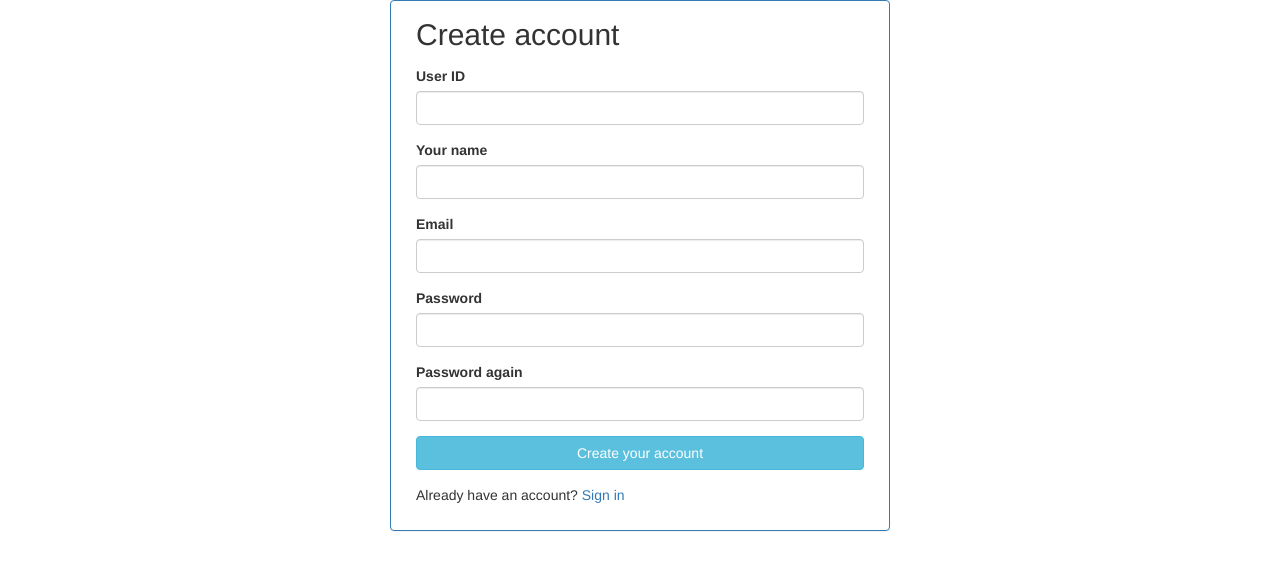
Repository: vishnujayabalan/MobileShopping
Page: http://localhost/frontend/WEB-INF/view/Register.jsp
An editor plug-in stored every save of this project. The page is shown before and after the next save, followed by the edit.
The browser window is 1280 px wide. The pictures show the whole page.
Some web libraries are served in a nearby version. The page is served by Tomcat 9. Nobody is signed in. Other server files are loaded and not shown. The template is opened directly, without the code that normally fills it, so the values that code supplies are empty.

Above is the page before, as saved 2017-03-29 15:41:26.

### frontend/src/main/webapp/WEB-INF/view/Register.jsp
<%@ page language="java" contentType="text/html; charset=ISO-8859-1"
    pageEncoding="ISO-8859-1"%>
<!DOCTYPE html PUBLIC "-//W3C//DTD HTML 4.01 Transitional//EN" "http://www.w3.org/TR/html4/loose.dtd">
<html>
<head>
<%@ taglib uri="http://java.sun.com/jsp/jstl/core" prefix="c"%>
<meta http-equiv="Content-Type" content="text/html; charset=ISO-8859-1">
<meta name="viewport" content="width=device-width, initial-scale=1">
  <link rel="stylesheet" href="https://maxcdn.bootstrapcdn.com/bootstrap/3.3.7/css/bootstrap.min.css">
  <script src="https://ajax.googleapis.com/ajax/libs/jquery/3.1.1/jquery.min.js"></script>
  <script src="https://maxcdn.bootstrapcdn.com/bootstrap/3.3.7/js/bootstrap.min.js"></script>
<title>register</title>
</head>
<style>
form { margin: 0px 10px; }

h2 {
  margin-top: 2px;
  margin-bottom: 2px;
}

.container { max-width: 500px; }

.divider {
  text-align: center;
  margin-top: 20px;
  margin-bottom: 5px;
}

.left { float: left; }

.right { float: right; }

</style>
<body>

    <div class="container">
		<div class="row">
			<div class="panel panel-primary">
				<div class="panel-body">
					<form method="POST" action="create_register" method="get">
						<div class="form-group">
							<h2>Create account</h2>
						</div>
						<div class="form-group">
							<label class="control-label" for="id">User ID</label>
							<input name="userid" type="text" maxlength="20" class="form-control">
						</div>
						<div class="form-group">
							<label class="control-label" for="signupName">Your name</label>
							<input name="name" type="text" maxlength="50" class="form-control">
						</div>
						<div class="form-group">
							<label class="control-label" for="signupEmailagain">Email </label>
							<input name="email" type="email" maxlength="50" class="form-control">
						</div>
						<div class="form-group">
							<label class="control-label" for="signupPassword">Password</label>
							<input name="pwd" type="password" maxlength="25" class="form-control"  length="40">
						</div>
						<div class="form-group">
							<label class="control-label" for="signupPasswordagain">Password again</label>
							<input name="cpwd" type="password" maxlength="25" class="form-control">
						</div>
						<div class="form-group">
							<button id="signupSubmit" type="submit" class="btn btn-info btn-block">Create your account</button>
						</div>
						<p></p>Already have an account? <a href="clicklog">Sign in</a></p>
					</form>
				</div>
			</div>
		</div>
	</div>
</body>
</html>

After the next save:
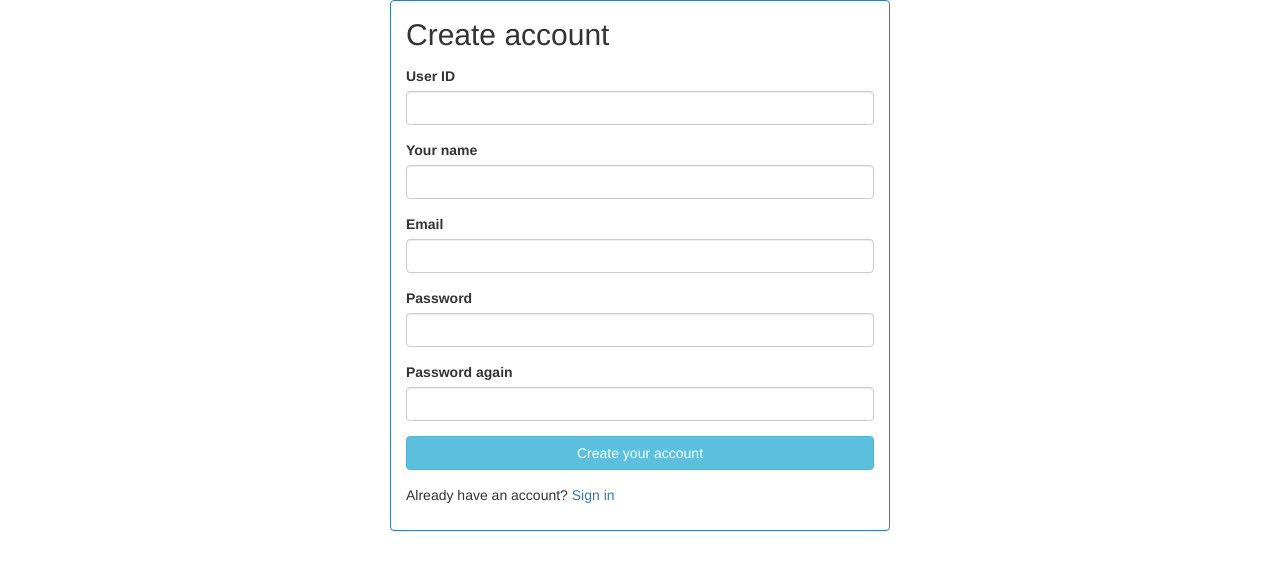
Saved 41 s later.
--- a/frontend/src/main/webapp/WEB-INF/view/Register.jsp
+++ b/frontend/src/main/webapp/WEB-INF/view/Register.jsp
@@ -12,7 +12,7 @@
 <title>register</title>
 </head>
 <style>
-form { margin: 0px 10px; }
+
 
 h2 {
   margin-top: 2px;
@@ -26,7 +26,10 @@
   margin-top: 20px;
   margin-bottom: 5px;
 }
-
+.divider hr {
+  margin: 7px 0px;
+  width: 35%;
+}
 .left { float: left; }
 
 .right { float: right; }

After the save that followed:
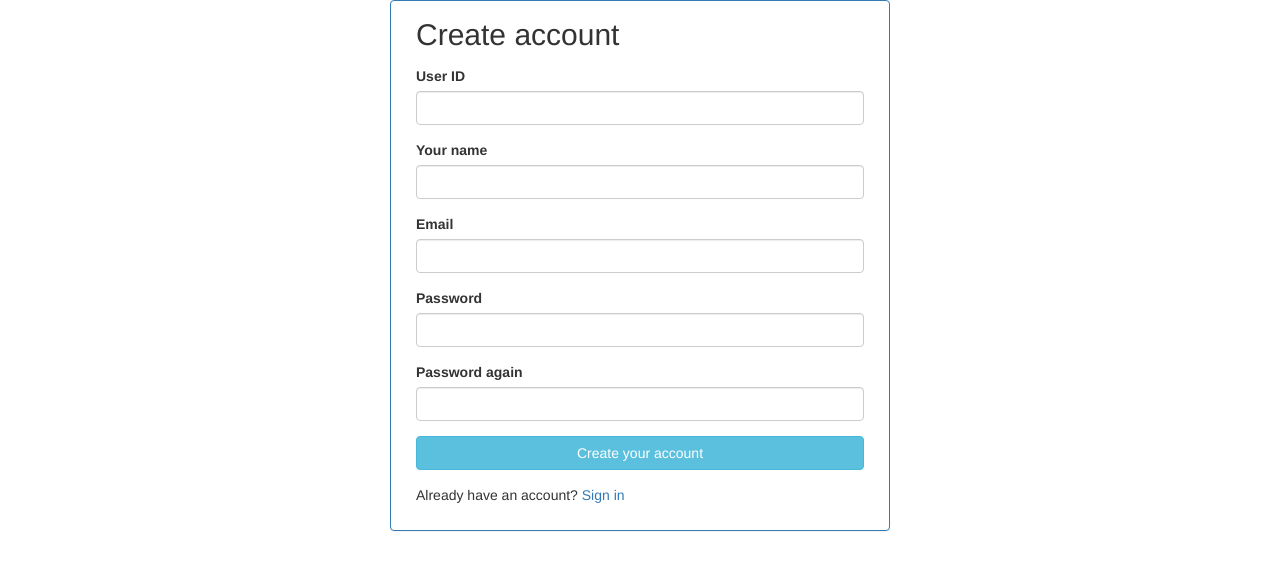
Saved 33 s later.
--- a/frontend/src/main/webapp/WEB-INF/view/Register.jsp
+++ b/frontend/src/main/webapp/WEB-INF/view/Register.jsp
@@ -12,7 +12,7 @@
 <title>register</title>
 </head>
 <style>
-
+form { margin: 0px 10px; }
 
 h2 {
   margin-top: 2px;
